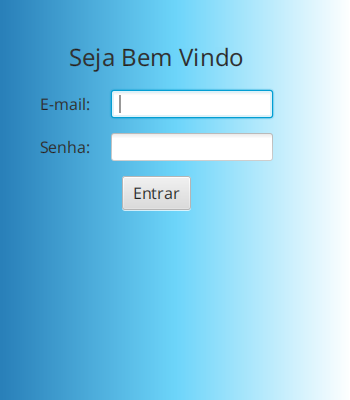
Repository: vitmac1/eclipse-workspace-project
Program's window: java exercicios-javafx/src/fxml/AppFXML.java
The author's editor kept a copy of each file at every save. The program's window is drawn from the files as they stood at one save, then again after the next save.
It runs on Java 21 on a 1366 x 768 screen with JavaFX 11; the title bar is not drawn.

Above is the program's window before, as saved 2022-10-21 19:59:04.

After the next save:
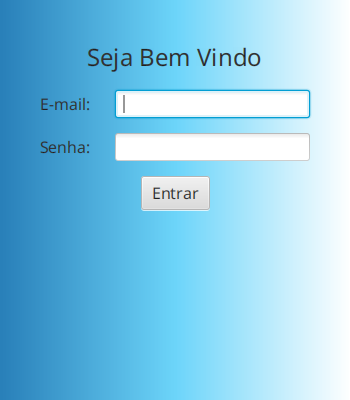
Saved 21 s later.
--- a/exercicios-javafx/src/fxml/Login.fxml
+++ b/exercicios-javafx/src/fxml/Login.fxml
@@ -14,8 +14,8 @@
 	</padding>
 
 	<columnConstraints>
-		<ColumnConstraints />
-		<ColumnConstraints />
+		<ColumnConstraints minWidth="60"/>
+		<ColumnConstraints prefWidth="200"/>
 	</columnConstraints>
 
 	<Label text="Seja Bem Vindo"
